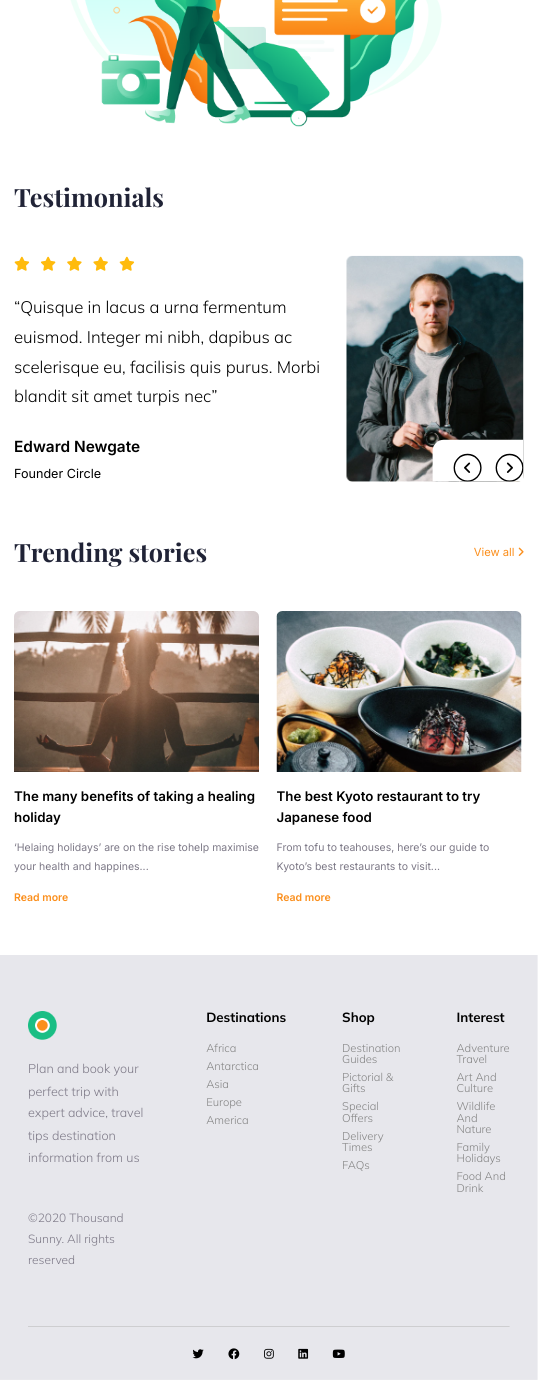
Repository: tranvinhluan/Explore---Travel
Page: index.html
These files come from the project's save history. The page is drawn as it stood at one moment and after a run of saves; the edit follows.
The browser window is 768 px wide. The pictures show the part of the page from y = 3425 to 5665 px (the page is 5397 px tall before and 5665 px after), at 70% of full size.
The style sheet was rebuilt from its Sass, Less or Tailwind sources for each picture, by a compiler version that may differ from the author's.

Above is the page before, as saved 2022-01-21 09:12:13.

After the next 2 saves:
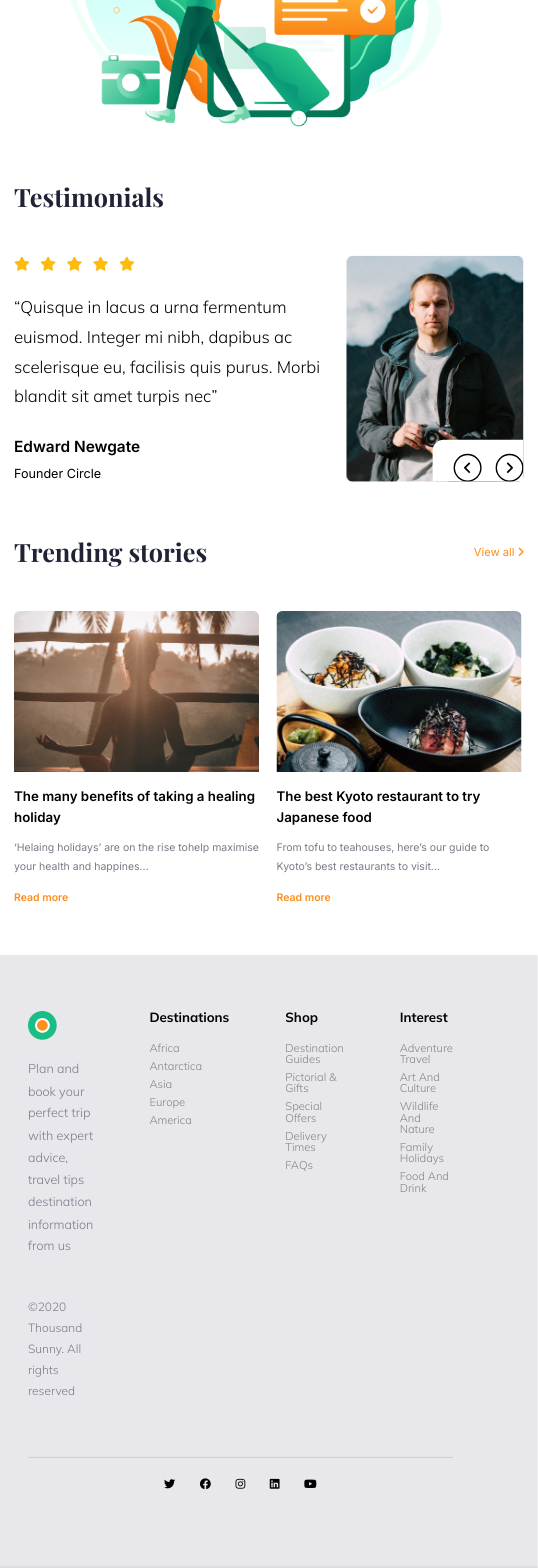
The 2 saves are shown as one change because they came seconds apart.
The last was saved 12 min 49 s later.
--- a/sass/_footer.scss
+++ b/sass/_footer.scss
@@ -47,7 +47,11 @@
     // @media screen and (min-width: 1024px) {
     //   // display: block;
     // }
-    // @media screen and (max-width: 1023px) {
-    //   // display: none;
-    // }
+    @media screen and (max-width: 1023px) {
+      display: grid;
+      grid-template-columns: 2fr repeat(3, 1fr);
+      grid-gap: 30px 30px;
+      padding-bottom: 80px;
+      border-bottom: 1px solid #c4c4c4;
+    }
 }
